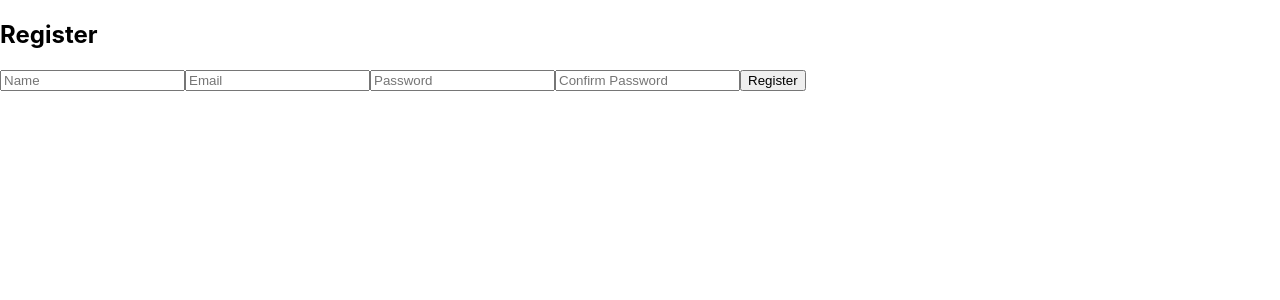
Repository: JaafarRezk/FrontEnd-InternetApplications
Page: /register
The author's editor kept a copy of each file at every save. The page is drawn from the files as they stood at one save, then again after a run of saves.
The browser window is 1280 px wide. The pictures show the whole page.
The project was rebuilt for these pictures with package versions that can differ from the ones it lists, and the page was loaded fresh each time. Also part of the build but not shown: src/components/Home.js, src/components/Auth/Login.js.

Above is the page before, as saved 2024-11-09 15:51:49.

After the next 3 saves:
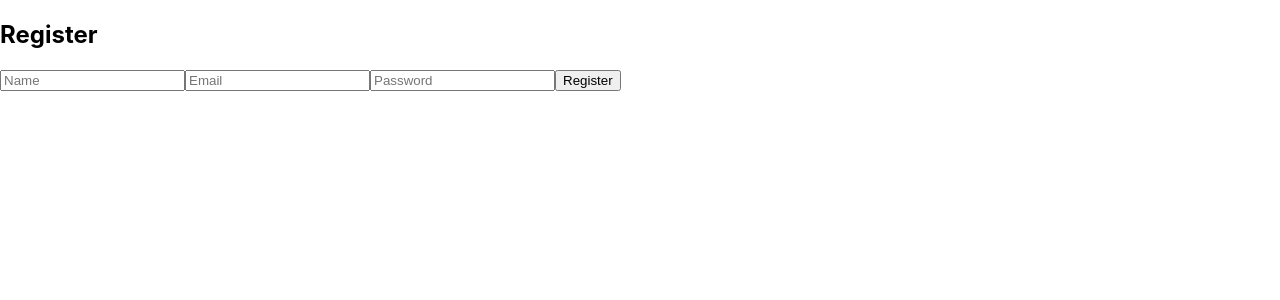
The 3 saves are shown as one change because 2 did not build or start.
The last was saved 114 s later.
--- a/src/components/Auth/Register.js
+++ b/src/components/Auth/Register.js
@@ -7,7 +7,7 @@ const Register = () => {
   const [name, setName] = useState('');
   const [email, setEmail] = useState('');
   const [password, setPassword] = useState('');
-  const [confirmPassword, setConfirmPassword] = useState('');
+ // const [confirmPassword, setConfirmPassword] = useState('');
   const [error, setError] = useState('');
   const [successMessage, setSuccessMessage] = useState('');
 
@@ -18,10 +18,7 @@ const Register = () => {
     setError('');
     setSuccessMessage('');
 
-    if (password !== confirmPassword) {
-      setError('Passwords do not match.');
-      return;
-    }
+
 
     try {
       const response = await axios.post('http://127.0.0.1:8000/api/auth/register', {
@@ -68,12 +65,7 @@ const Register = () => {
           value={password}
           onChange={(e) => setPassword(e.target.value)}
         />
-        <input
-          type="password"
-          placeholder="Confirm Password"
-          value={confirmPassword}
-          onChange={(e) => setConfirmPassword(e.target.value)}
-        />
+
         <button type="submit">Register</button>
       </form>
       {error && <p style={{ color: 'red' }}>{error}</p>}
